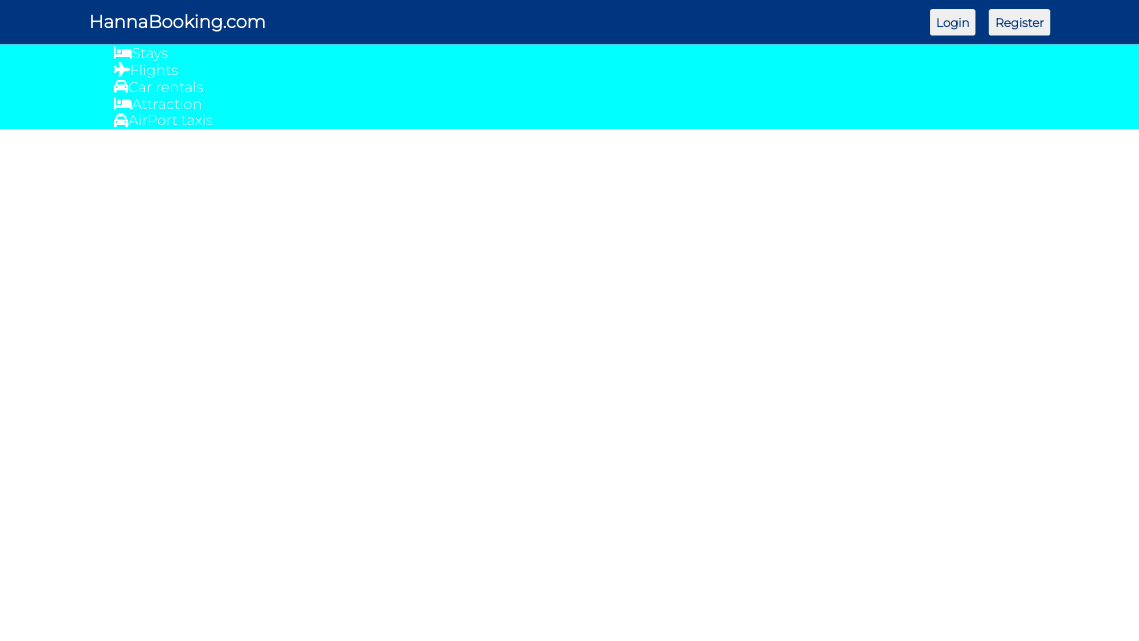
Repository: truongnguyenuit/BookingWebApp
Page: /
An editor plug-in stored every save of this project. The page is shown before and after a run of saves, followed by the edit.
The browser window is 1280 px wide. The pictures show the whole page, at 89% of full size.
The project was rebuilt for these pictures with package versions that can differ from the ones it lists, and the page was loaded fresh each time.

Above is the page before, as saved 2022-05-26 15:00:53.

After the next 4 saves:
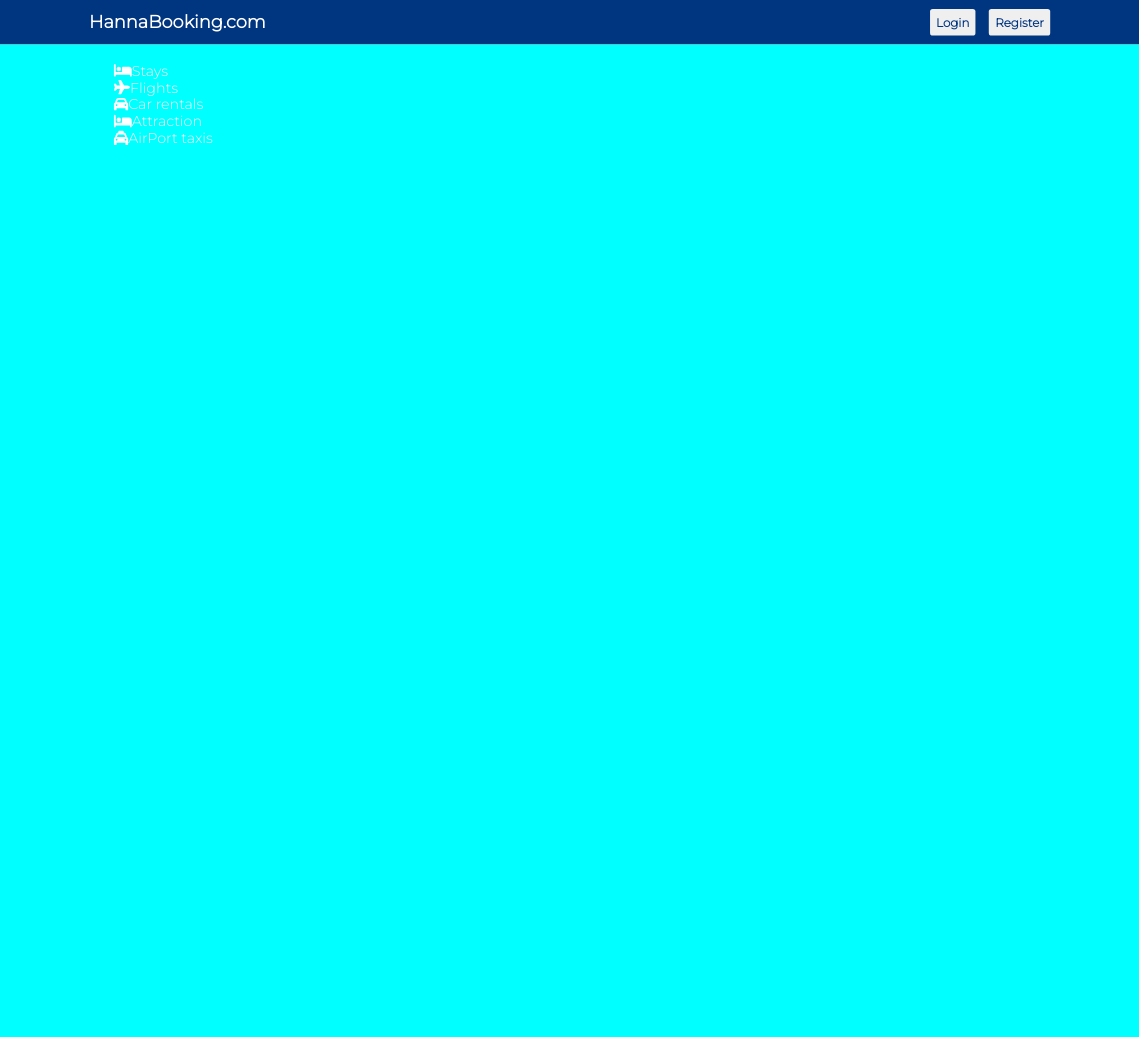
The 4 saves are shown as one change because they came seconds apart.
The last was saved 11 s later.
--- a/src/components/header/header.css
+++ b/src/components/header/header.css
@@ -8,5 +8,5 @@
 .headerContainer {
     width:  100%;
     max-width: 1024px;
-    margin: 200 0 1000 0;
+    margin: 20px 0px 1000px 0;
 }
